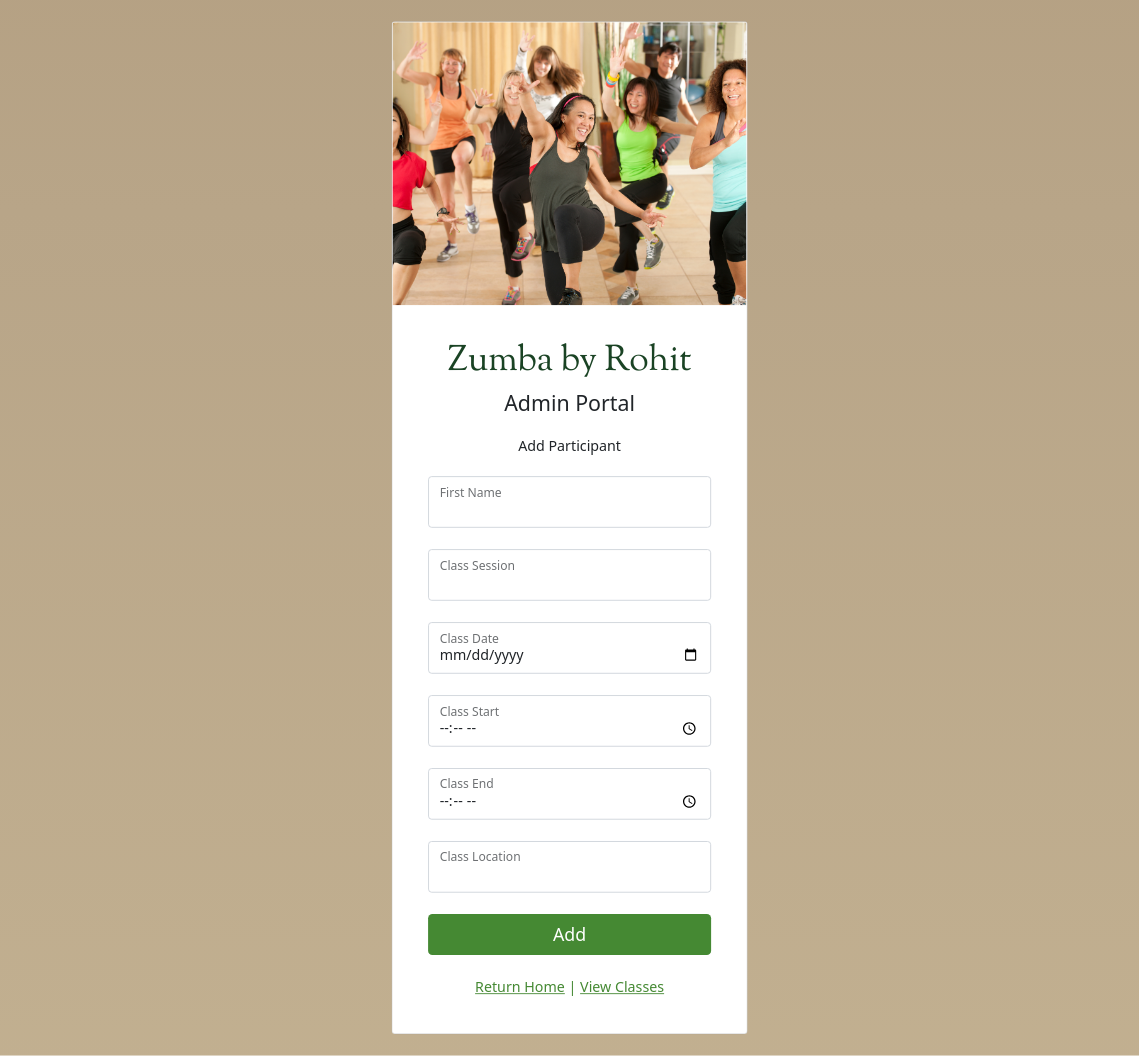
Repository: ronetteguevara/CalTech-ZumbaApp
Page: ZumbaApp/ZumbaApp/src/main/webapp/add-participant.html
The author's editor kept a copy of each file at every save. The page is drawn from the files as they stood at one save, then again after the next save.
The browser window is 1280 px wide. The pictures show the whole page, at 89% of full size.

Above is the page before, as saved 2024-05-01 01:07:06.

### ZumbaApp/ZumbaApp/src/main/webapp/add-participant.html
<!DOCTYPE html>
<html>
<head>
<meta charset="UTF-8">
<title>Add Participant</title>
<link rel="stylesheet" href="css/bootstrap.css"></link>
<link rel="stylesheet" href="style.css"></link>
</head>
<body class="gradient-background">

	<div class="my-4 d-flex justify-content-center col-xl-12 col-lg-12 col-md-12 col-sm-12 col-12" data-new-gr-c-s-check-loaded="14.1169.0" data-gr-ext-installed="">
	<main class="form-signin d-flex justify-content-center">
	<form action="   " method="post">
		<div class="card" style="width: 25rem;">
			<img src="assets/Add_Class.png" class="card-img-top" alt="Rohit smiling">
		<div class="card-body text-center">
			<h1 class="mt-4 mb-2 fw-normal text-center">Zumba by Rohit</h1>
			<h4 class="mb-4 fw-normal text-center">Admin Portal</h4>
			<h6 class="mb-4 fw-normal text-center">Add Participant</h6>
			<div class="form-floating mx-4 my-4">
				<input type="text" name="txtClassName" class="form-control">
				<label for="floatingInput">First Name</label>
			</div>

			<div class="form-floating mx-4 my-4">
				<input type="text" name="txtSession" class="form-control">
				<label for="floatingPassword">Class Session</label>
			</div>

			<div class="form-floating mx-4 my-4">
				<input type="date" name="txtClassDate" class="form-control">
				<label for="floatingPassword">Class Date</label>
			</div>

			<div class="form-floating mx-4 my-4">
				<input type="time" name="txtClassStart" class="form-control">
				<label for="floatingPassword">Class Start</label>
			</div>

			<div class="form-floating mx-4 my-4">
				<input type="time" name="txtClassEnd" class="form-control">
				<label for="floatingPassword">Class End</label>
			</div>

			<div class="form-floating mx-4 my-4">
				<input type="text" name="txtClassLocation" class="form-control">
				<label for="floatingPassword">Class Location</label>
			</div>

			<div class="mx-4 my-4">
			<button class="w-100 btn btn-lg btn-primary button" type="submit">Add</button>
			</div>

			<div class="my-4">
			<p style="color: #458933;"><a href="Home">Return Home</a>   |   <a href="Home">View Classes</a></p>
			</div>
		</div>
		</div>
    </form>
    </main>
    </div>
</body>
</html>

### ZumbaApp/ZumbaApp/src/main/webapp/style.css
@charset "UTF-8";

.button {
  background-color: #458933;
  border: none;
}

.button:hover {
  background-color: #82c360;
}

a {
  color: #458933;
}

a:hover {
 color: #82c360;
}

a:visited {
  color: #1a4324;
}

h1 {
	font-family: Sorts-Mill-Goudy-Regular;
	color: #1a4324;
}

@font-face {
  font-family: "Sorts-Mill-Goudy-Italic";
  src: url(/assets/Fonts/SortsMillGoudy-Italic.ttf);
}

@font-face {
  font-family: "Sorts-Mill-Goudy-Regular";
  src: url(/assets/Fonts/SortsMillGoudy-Regular.ttf);
}

.gradient-background {
  background: linear-gradient(0deg, #f2e5b9, #b8a588, #774c24);
  background-size: 1000% 1000%;

  -webkit-animation: AnimationName 8s ease infinite;
  -moz-animation: AnimationName 8s ease infinite;
  animation: AnimationName 8s ease infinite;
}

@-webkit-keyframes AnimationName {
  0%{background-position:0% 35%}
  50%{background-position:100% 66%}
  100%{background-position:0% 35%}
}
@-moz-keyframes AnimationName {
  0%{background-position:0% 35%}
  50%{background-position:100% 66%}
  100%{background-position:0% 35%}
}
@keyframes AnimationName {
  0%{background-position:0% 35%}
  50%{background-position:100% 66%}
  100%{background-position:0% 35%}

}

Loaded but not shown: ZumbaApp/ZumbaApp/src/main/webapp/css/bootstrap.css (library)

After the next save:
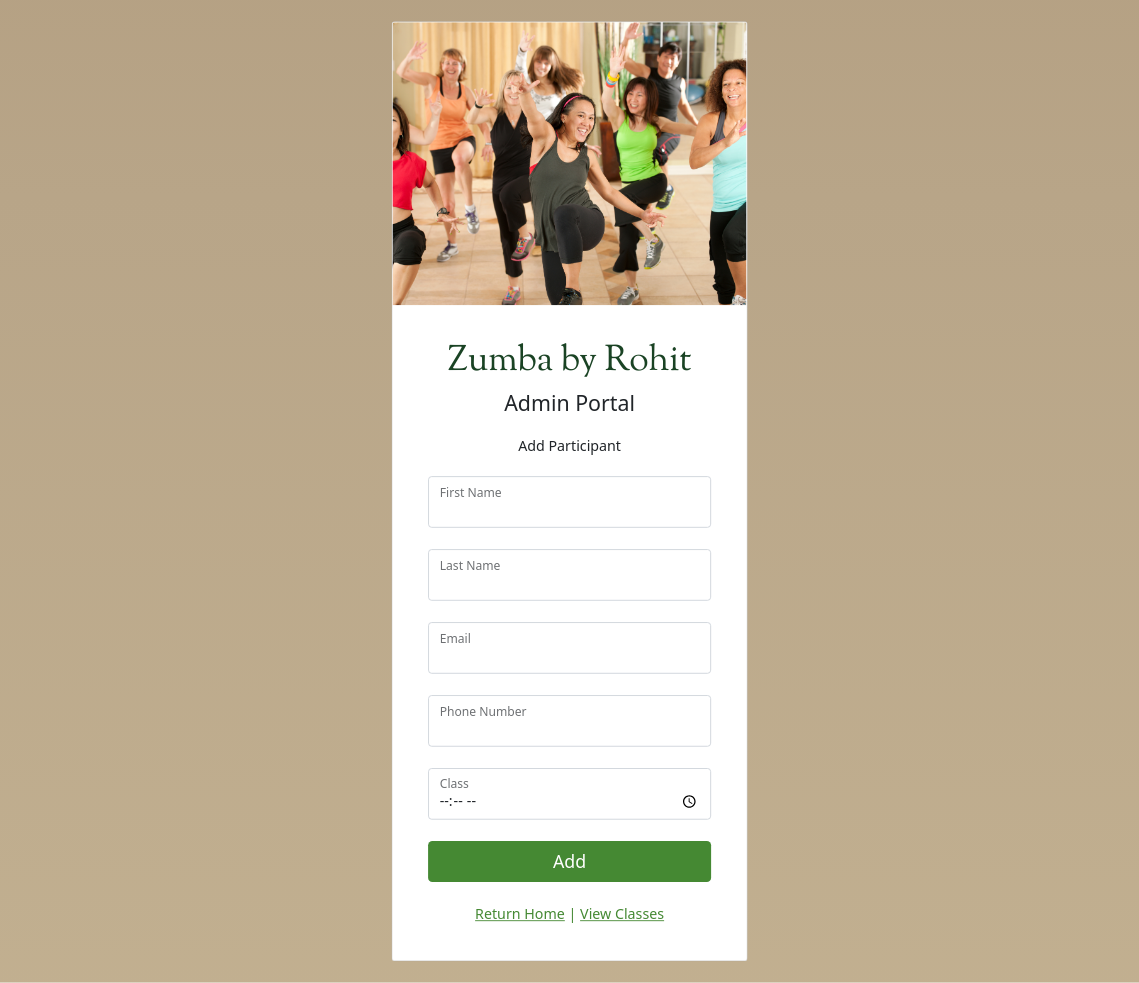
Saved 3 min 7 s later.
--- a/ZumbaApp/ZumbaApp/src/main/webapp/add-participant.html
+++ b/ZumbaApp/ZumbaApp/src/main/webapp/add-participant.html
@@ -18,33 +18,28 @@
 			<h4 class="mb-4 fw-normal text-center">Admin Portal</h4>
 			<h6 class="mb-4 fw-normal text-center">Add Participant</h6>
 			<div class="form-floating mx-4 my-4">
-				<input type="text" name="txtClassName" class="form-control">
+				<input type="text" name="txtFName" class="form-control">
 				<label for="floatingInput">First Name</label>
 			</div>
 
 			<div class="form-floating mx-4 my-4">
-				<input type="text" name="txtSession" class="form-control">
-				<label for="floatingPassword">Class Session</label>
+				<input type="text" name="txtLName" class="form-control">
+				<label for="floatingPassword">Last Name</label>
 			</div>
 
 			<div class="form-floating mx-4 my-4">
-				<input type="date" name="txtClassDate" class="form-control">
-				<label for="floatingPassword">Class Date</label>
+				<input type="email" name="txtEmail" class="form-control">
+				<label for="floatingPassword">Email</label>
 			</div>
 
 			<div class="form-floating mx-4 my-4">
-				<input type="time" name="txtClassStart" class="form-control">
-				<label for="floatingPassword">Class Start</label>
+				<input type="text" name="txtPhone" class="form-control">
+				<label for="floatingPassword">Phone Number</label>
 			</div>
 
 			<div class="form-floating mx-4 my-4">
-				<input type="time" name="txtClassEnd" class="form-control">
-				<label for="floatingPassword">Class End</label>
-			</div>
-
-			<div class="form-floating mx-4 my-4">
-				<input type="text" name="txtClassLocation" class="form-control">
-				<label for="floatingPassword">Class Location</label>
+				<input type="time" name="txtClass" class="form-control">
+				<label for="floatingPassword">Class</label>
 			</div>
 
 			<div class="mx-4 my-4">
